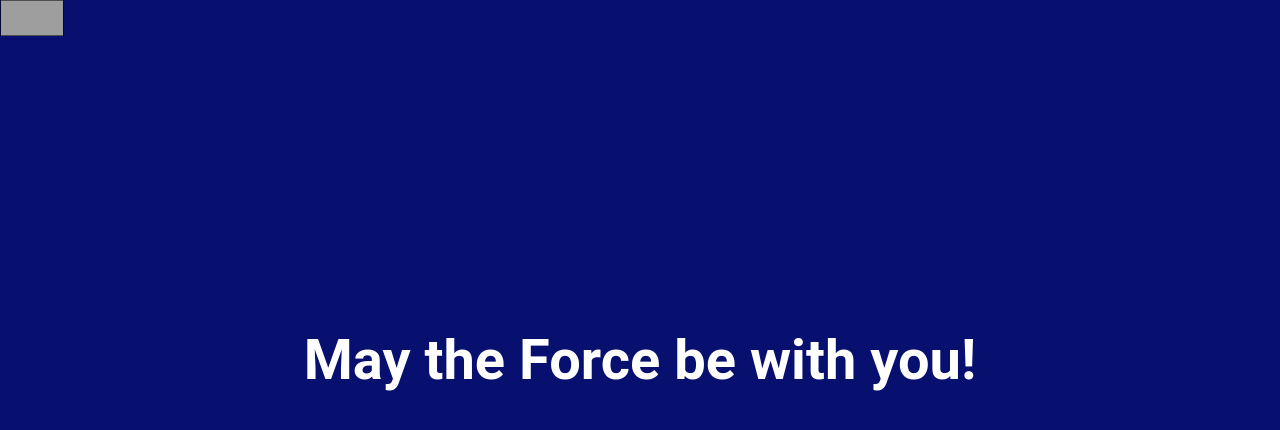
Repository: apeli23/posteranimation
Page: /
These files come from the project's save history. The page is drawn as it stood at one moment and after the next save; the edit follows.
The browser window is 1280 px wide. The pictures show the whole page.
Pictures or frames that could not be fetched are drawn as grey boxes. The project was rebuilt for these pictures with package versions that can differ from the ones it lists, and the page was loaded fresh each time. The framework's server and built-in components were replaced by stand-ins that run in the browser. Also part of the build but not shown: next.config.js.

Above is the page before, as saved 2022-04-22 10:24:16.

### pages/index.js
import { useEffect } from 'react';

export default function Home() {
  let duration, banner, blocks


  const animationHandler = (bg, blocks) => {

    for (var i = 1; i < 1; i++) {
      bg.innerHTML += "<div id='block'></div>";
      const duration = Math.random() * 5;
      blocks[i].style.animationDuration = 2 + duration + 's';
      blocks[i].style.animationDelay = duration + 's';
    }
  }

  useEffect(() => {
    const bg = document.getElementsByClassName('bg')[0];
    const blocks = document.getElementsByClassName('block');

     animationHandler(bg, blocks);
  })
  return (
    <div className="container">
      <h2>May the Force be with you!</h2>
      <div className="bg">
        <div className="block"></div>
      </div>
    </div>
  )
}

### styles/globals.css
*{
  box-sizing: border-box;
}
body{
  font-family: 'Roboto', sans-serif;
  margin: 0;
  background: #08106f;
}
.container{
  position: relative;
  width: 100%;
  height: 100vh;
  transform-style: preserve-3d;
  perspective: 500px;
}
.container h2{
  position: relative;
  width: 100%;
  height: 100vh;
  text-align: center;
  line-height: 100vh;
  font-size: 56px;
  color: #ffffff;
  font-weight: 700;
  margin: 0;
}
.bg{
  position: absolute;
  top: 0;
  left: 0;
  width: 100%;
  height: 100%;
  overflow: hidden;
  display: flex;
  flex-wrap: wrap;
}
.bg .block{
  position: relative;
  display: block;
  width: 5vw;
  height: 5vh;
  animation: AnimateBg 0.5s ease-in-out forwards;
  animation-delay: 0.5s;
}
@keyframes AnimateBg{
  0%{
      transform: translateZ(2000px);
      background: url('../public/bg.jpg') no-repeat;
      background-position: center;
      background-size: cover;
      background-attachment: fixed;
      box-shadow: 0 5px 15px rgba(0, 0, 0, 0.5);
  }
  100%{
      transform: translateZ(0px);
      background: url('../public/bg.jpg') no-repeat;
      background-position: center;
      background-size: cover;
      background-attachment: fixed;
      box-shadow: 0 5px 15px rgba(0, 0, 0, 0);
      border: 1px solid rgba(0, 0, 0, 0.5);
  }
}
.container.active .bg .block{
  animation: AnimateBack 0.5s ease-in-out forwards;
  background: url('../public/bg.jpg') no-repeat;
  background-position: center;
  background-size: cover;
  background-attachment: fixed;
  border: 1px solid rgba(0, 0, 0, 0.1);
  box-shadow: 0 5px 15px rgba(0, 0, 0, 0.5);
}
@keyframes AnimateBack{
  0%{
      transform: translateZ(0px);
      background: url('../public/bg.jpg') no-repeat;
      background-position: center;
      background-size: cover;
      background-attachment: fixed;
      box-shadow: 0 5px 15px rgba(0, 0, 0, 0.5);
  }
  100%{
      transform: translateZ(2000px);
      background: url('../public/bg.jpg') no-repeat;
      background-position: center;
      background-size: cover;
      background-attachment: fixed;
      box-shadow: 0 5px 15px rgba(0, 0, 0, 0);
      border: 1px solid rgba(0, 0, 0, 0.1);
  }
}

Loaded but not shown: pages/_app.js (common file)

After the next save:
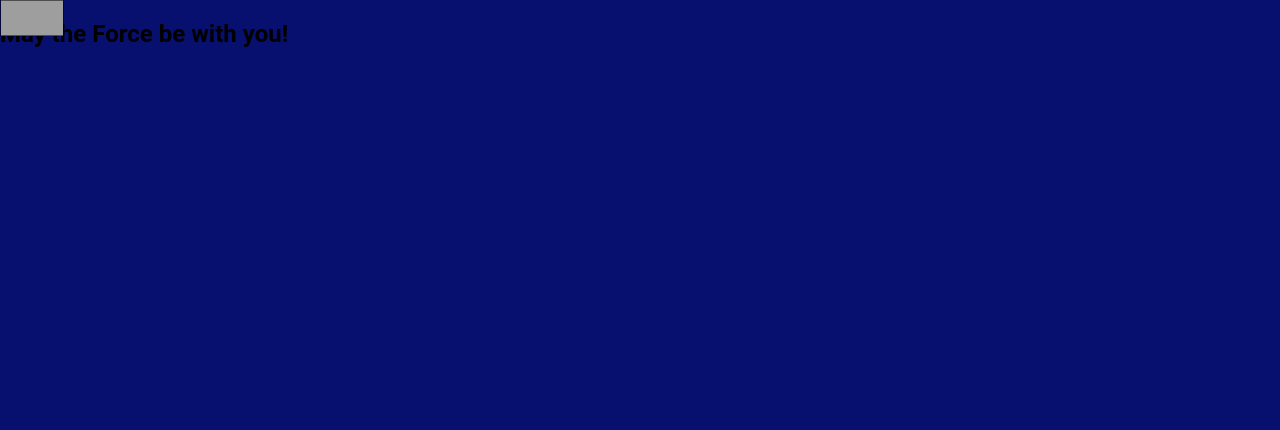
Saved 5 s later.
--- a/pages/index.js
+++ b/pages/index.js
@@ -21,7 +21,7 @@ export default function Home() {
      animationHandler(bg, blocks);
   })
   return (
-    <div className="container">
+    <div id="container">
       <h2>May the Force be with you!</h2>
       <div className="bg">
         <div className="block"></div>
